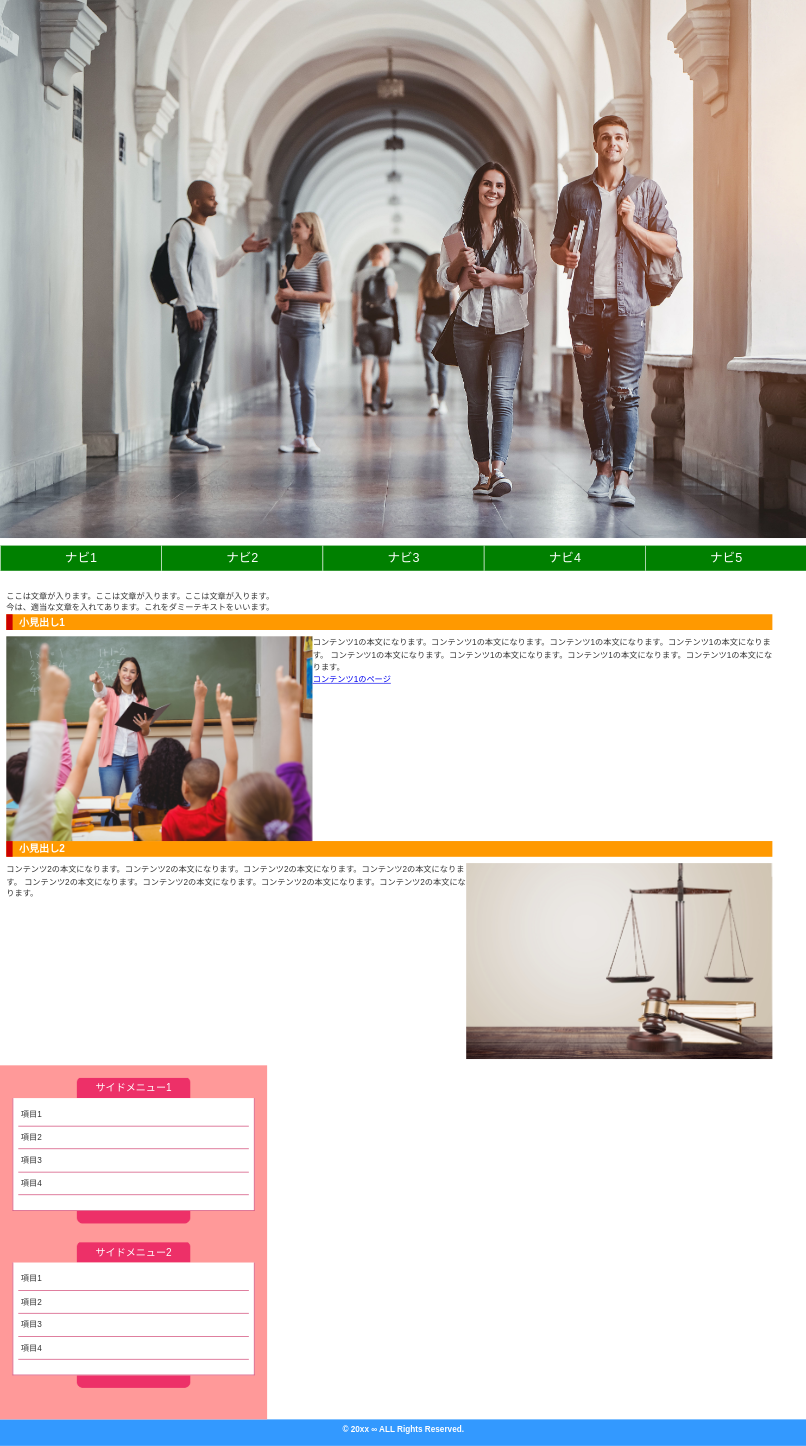
Repository: ryota-ima/samurai_HTML-CSS
Page: home.html
The author's editor kept a record of every edit. The page is drawn from the files as they stood at one moment, then again after the next edit.
The browser window is 1280 px wide. The pictures show the whole page, at 63% of full size.

Above is the page before.

After the next edit:
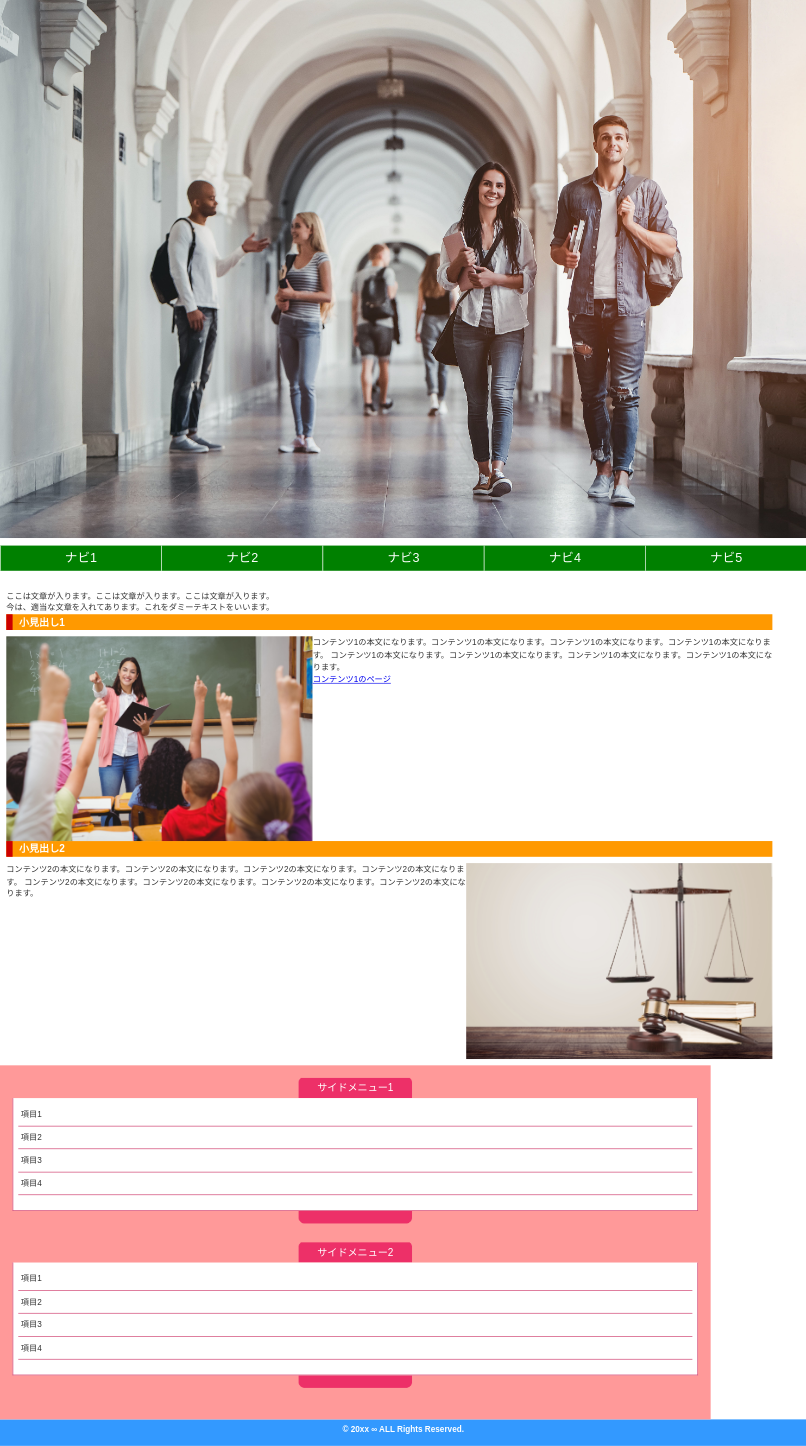
The edit:
--- a/stylesheet.css
+++ b/stylesheet.css
@@ -160,8 +160,9 @@
 /*-------------------------side---------------------------------*/
 
 #side {
-    float: right;
-    width: 30%;
+    width: 85%;
+    /*float: right;*/
+    /*width: 30%;*/
     padding: 20px;
     background-color: #F99;
 }
